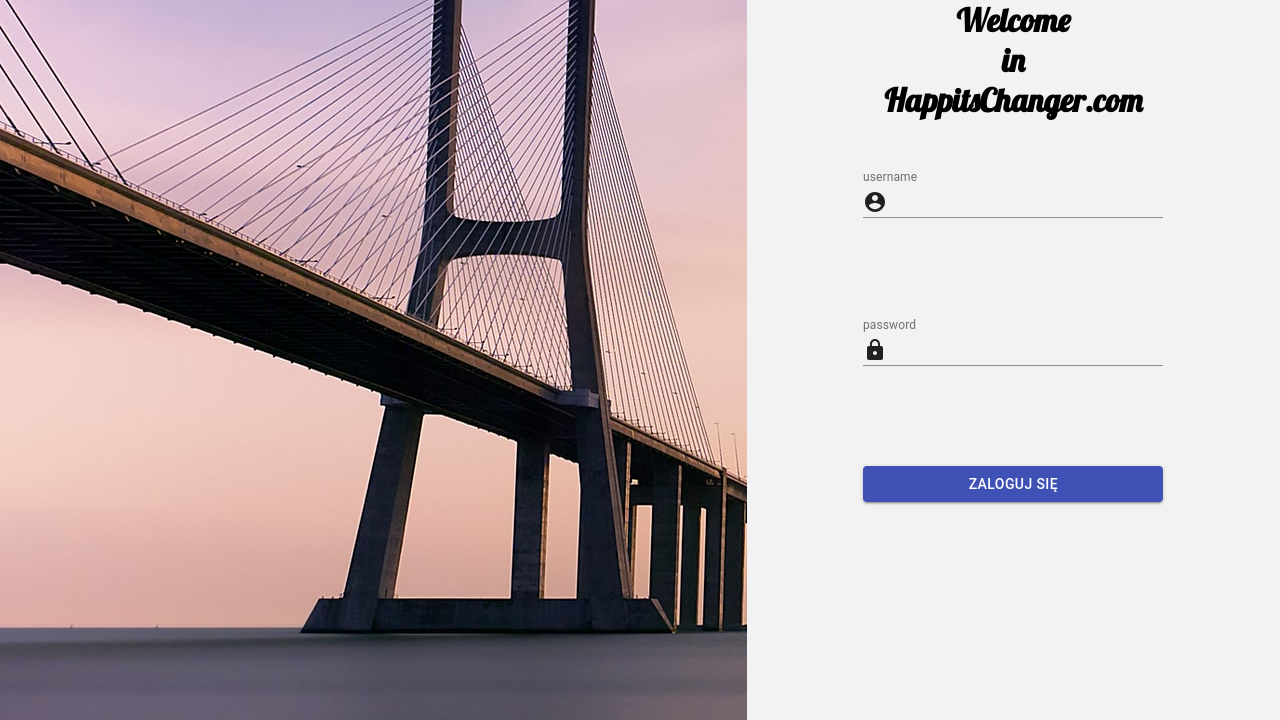
Repository: pgruca96/HappitsChanger
Page: /
These files come from the project's save history. The page is drawn as it stood at one moment and after the next save; the edit follows.
The browser window is 1280 px wide. The pictures show the whole page.
The project was rebuilt for these pictures with package versions that can differ from the ones it lists, and the page was loaded fresh each time. Also part of the build but not shown: src/components/logo.js, src/containers/mainPage/index.js.

Above is the page before, as saved 2020-11-01 21:24:20.

### public/index.html
<!DOCTYPE html>
<html lang="en">

<head>
  <meta charset="utf-8" />
  <link rel="icon" href="%PUBLIC_URL%/favicon.ico" />
  <meta name="viewport" content="width=device-width, initial-scale=1" />
  <meta name="theme-color" content="#000000" />
  <meta name="description" content="Web site created using create-react-app" />
  <link href="https://fonts.googleapis.com/css?family=Lobster" rel="stylesheet" type="text/css">
  <link rel="apple-touch-icon" href="%PUBLIC_URL%/logo192.png" />
  <!--
      manifest.json provides metadata used when your web app is installed on a
      user's mobile device or desktop. See https://developers.google.com/web/fundamentals/web-app-manifest/
    -->
  <link rel="manifest" href="%PUBLIC_URL%/manifest.json" />
  <!--
      Notice the use of %PUBLIC_URL% in the tags above.
      It will be replaced with the URL of the `public` folder during the build.
      Only files inside the `public` folder can be referenced from the HTML.

      Unlike "/favicon.ico" or "favicon.ico", "%PUBLIC_URL%/favicon.ico" will
      work correctly both with client-side routing and a non-root public URL.
      Learn how to configure a non-root public URL by running `npm run build`.
    -->
  <title>React App</title>
</head>

<body>
  <noscript>You need to enable JavaScript to run this app.</noscript>
  <div id="root"></div>
  <!--
      This HTML file is a template.
      If you open it directly in the browser, you will see an empty page.

      You can add webfonts, meta tags, or analytics to this file.
      The build step will place the bundled scripts into the <body> tag.

      To begin the development, run `npm start` or `yarn start`.
      To create a production bundle, use `npm run build` or `yarn build`.
    -->
</body>

</html>

### src/App.js
import "./App.css";
import { BrowserRouter as Router, Route } from "react-router-dom";
import LoginPage from "./containers/loginPage";
import MainPage from "./containers/mainPage";

const App = () => {
  return (
    <div className="app">
      <Router>
        <Route path="/" exact component={LoginPage} />
        <Route path="/main" exact component={MainPage} />
      </Router>
    </div>
  );
};

export default App;

### src/App.css
*,
*::before,
*::after {
  margin: 0;
  padding: 0;
  box-sizing: border-box;
}

.app {
  min-width: 100vw;
  min-height: 100vh;
}

### src/containers/loginPage/index.js
import React from "react";
import { LoginPageContainer } from "../../styles/LoginPage";
import LoginForm from "../../components/form/index";
import { loginTheme } from "../../styles/colors";
import { Grid, Box } from "@material-ui/core";
import { Header } from "../../styles/h2";
import Logo from "../../components/logo";
import srcLogo from "../../assets/punctuality2.png";

const LoginPage = () => {
  return (
    <LoginPageContainer>
      <Grid container justify="flex-end">
        <Grid container item md={5}>
          <Grid item xs={12}>
            <Box
              bgcolor={loginTheme}
              height={1}
              display="flex"
              flexDirection="column"
              // justifyContent="space-around"
              // alignItems="space-around"
            >
              <Header>
                Welcome
                <br /> in <br />
                HappitsChanger.com
              </Header>
              <LoginForm />
            </Box>
          </Grid>
        </Grid>
      </Grid>
    </LoginPageContainer>
  );
};

export default LoginPage;

### src/styles/LoginPage.js
import styled from "styled-components";
import background from "../assets/login-background.jpg";

export const LoginPageContainer = styled.div`
  display: flex;
  justify-content: flex-end;
  background: url(${background}) left;
  width: 100vw;
  height: 100vh;
`;

### src/components/form/index.js
import React from "react";
import TextField from "@material-ui/core/TextField";
import InputAdornment from "@material-ui/core/InputAdornment";
import AccountCircle from "@material-ui/icons/AccountCircle";
import LockIcon from "@material-ui/icons/Lock";
import Button from "@material-ui/core/Button";
import { useStyles } from "../../styles/Form";

const LoginForm = () => {
  const { form } = useStyles();
  return (
    <form className={form}>
      <TextField
        id="username"
        label="username"
        placement="top"
        InputProps={{
          startAdornment: (
            <InputAdornment position="start">
              <AccountCircle />
            </InputAdornment>
          ),
        }}
      />
      <TextField
        id="password"
        label="password"
        InputProps={{
          startAdornment: (
            <InputAdornment position="start">
              <LockIcon />
            </InputAdornment>
          ),
        }}
      />
      <Button variant="contained" color="primary">
        Zaloguj się
      </Button>
    </form>
  );
};

export default LoginForm;

### src/styles/colors.js
export const loginTheme = "#f2f2f2";
export const primaryTheme = "##1a1a1a";
export const secondaryTheme = "";

### src/styles/h2.js
import styled from "styled-components";

export const Header = styled.h2`
  font-family: Lobster, open-sans;
  font-size: 2rem;
  text-align: center;
`;

### src/styles/Form.js
import { makeStyles } from "@material-ui/core/styles";

export const ColumnCenter = {
  display: "flex",
  flexDirection: "column",
  justifyContent: "center",
  alignItems: "center",
};

export const useStyles = makeStyles(() => ({
  form: {
    width: "40%",
    minWidth: "300px",
    height: "60%",
    minHeight: "300px",
    maxHeight: "500px",
    display: "flex",
    flexDirection: "column",
    justifyContent: "space-around",
    alignItems: "stretch",
    marginLeft: "auto",
    marginRight: "auto",
  },
}));

Loaded but not shown: src/index.js (common file); src/index.css (common file); src/reportWebVitals.js (common file)

After the next save:
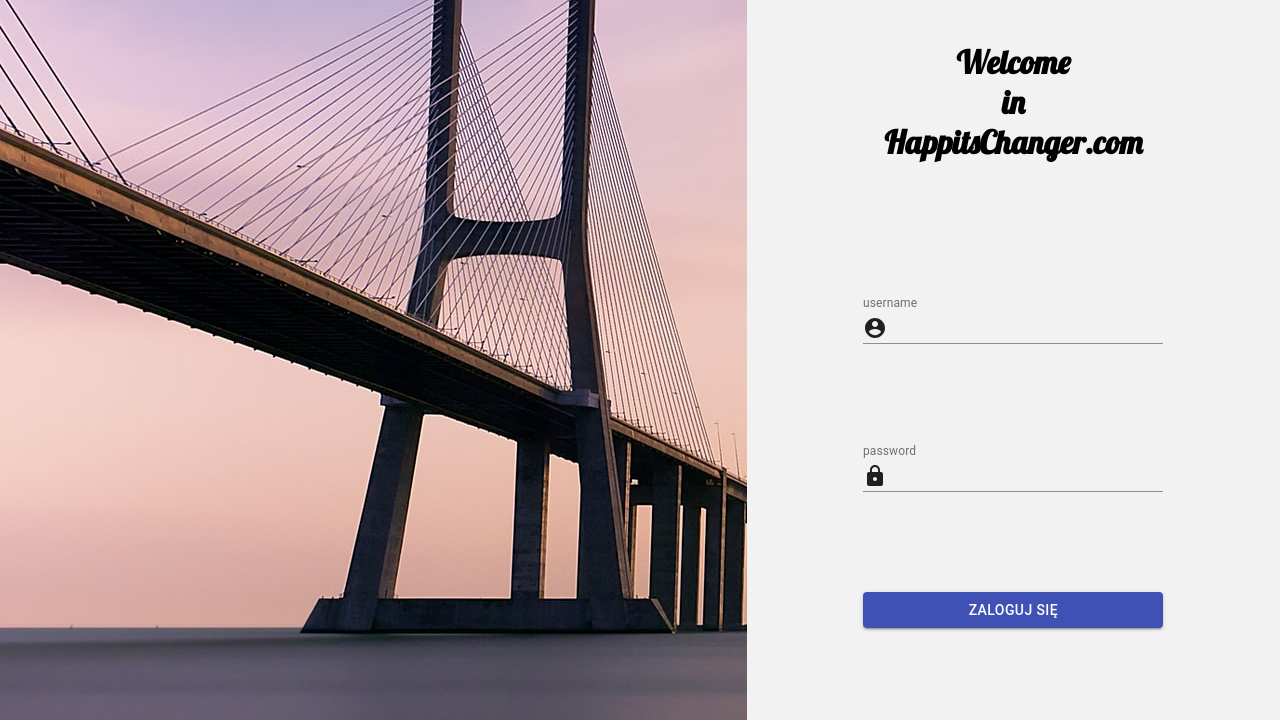
Saved 33 s later.
--- a/src/containers/loginPage/index.js
+++ b/src/containers/loginPage/index.js
@@ -18,7 +18,7 @@
               height={1}
               display="flex"
               flexDirection="column"
-              // justifyContent="space-around"
+              justifyContent="space-around"
               // alignItems="space-around"
             >
               <Header>
